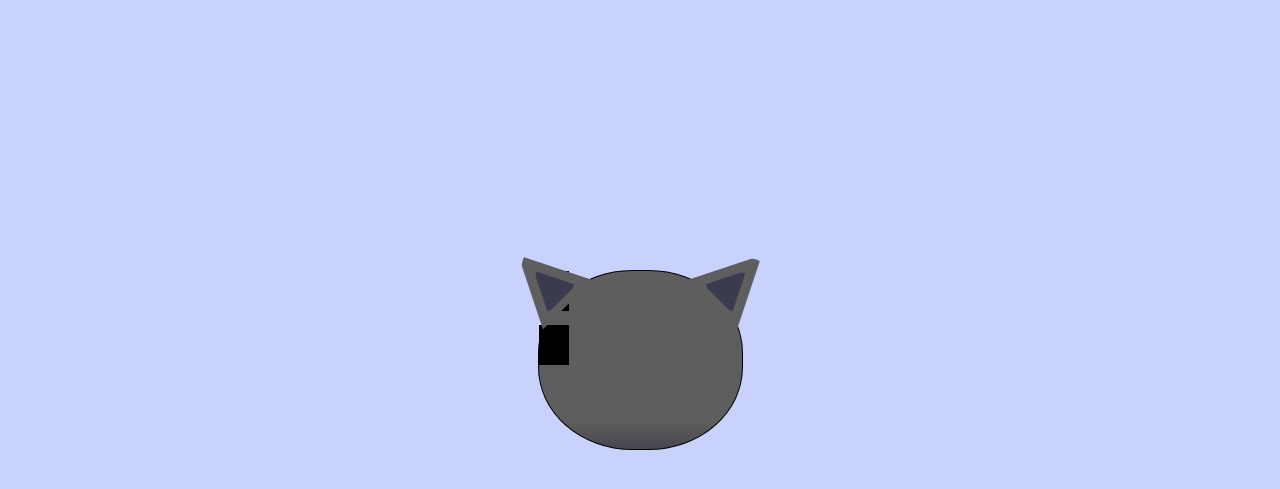
Repository: Lungdjos/cat_painting
Page: index.html
The author's editor kept a copy of each file at every save. The page is drawn from the files as they stood at one save, then again after a run of saves.
The browser window is 1280 px wide. The pictures show the whole page.

Above is the page before, as saved 2023-11-09 23:07:55.

### index.html
<!DOCTYPE html>
<html lang="en">

<head>
    <meta charset="UTF-8">
    <meta name="viewport" content="width=device-width, initial-scale=1.0">
    <title>fCC Cat Painting</title>
    <link rel="stylesheet" href="./styles.css">
</head>

<body>
    <main>
        <div class="cat-head">
            <div class="cat-ears">
                <div class="cat-right-ear">
                    <div class="cat-right-inner-ear"></div>
                </div>
                <div class="cat-left-ear">
                    <div class="cat-left-inner-ear"></div>
                </div>
            </div>
            <div class="cat-eyes">
                <div class="cat-left-eye">
                    <div class="cat-left-inner-eye"></div>
                </div>
                <div class="cat-right-eye">
                    <div class="cat-right-inner-eye"></div>
                </div>

            </div>
        </div>
    </main>

</body>

</html>

### styles.css
* {
    box-sizing: border-box;
}

body {
    background-color: #c9d2fc;
}

.cat-head {
    position: absolute;
    right: 0;
    left: 0;
    top: 0;
    bottom: 0;
    margin: auto;
    background: linear-gradient(#5e5e5e 85%, #45454f 100%);
    width: 205px;
    height: 180px;
    border: 1px solid #000;
    border-radius: 46%;
}

.cat-left-ear {
    position: absolute;
    top: -26px;
    left: -31px;
    z-index: 1;
    border-top-left-radius: 90px;
    border-top-right-radius: 10px;
    transform: rotate(-45deg);
    border-left: 35px solid transparent;
    border-right: 35px solid transparent;
    border-bottom: 70px solid #5e5e5e;
}

.cat-right-ear {
    position: absolute;
    top: -26px;
    left: 163px;
    transform: rotate(45deg);
    border-top-left-radius: 90px;
    border-top-right-radius: 10px;
    border-left: 35px solid transparent;
    border-right: 35px solid transparent;
    border-bottom: 70px solid #5e5e5e;
    z-index: 1;
}

.cat-left-inner-ear {
    border-left: 20px solid transparent;
    border-right: 20px solid transparent;
    border-bottom: 40px solid #3b3b4f;
    position: absolute;
    top: 22px;
    left: -20px;
    border-top-right-radius: 10px;
    border-top-left-radius: 90px;
    border-bottom-left-radius: 40%;
    border-bottom-right-radius: 40%;
}

.cat-right-inner-ear {
    border-left: 20px solid transparent;
    border-right: 20px solid transparent;
    border-bottom: 40px solid #3b3b4f;
    position: absolute;
    top: 22px;
    left: -20px;
    border-top-right-radius: 10px;
    border-top-left-radius: 90px;
    border-bottom-left-radius: 40%;
    border-bottom-right-radius: 40%;
}


/* .cat-left-inner-ear {
    border-left: 10px solid transparent;
    border-right: 10px solid transparent;
    border-bottom: 20px solid #fff;
    position: absolute;
    top: 11px;
    left: -10px;
    border-top-right-radius: 10px;
    border-top-left-radius: 90px;
    border-bottom-left-radius: 40%;
    border-bottom-right-radius: 40%;
    z-index: -1;
}

.cat-right-inner-ear {
    border-left: 10px solid transparent;
    border-right: 10px solid transparent;
    border-bottom: 20px solid #fff;
    position: absolute;
    top: 11px;
    left: -10px;
    border-top-right-radius: 10px;
    border-top-left-radius: 90px;
    border-bottom-left-radius: 40%;
    border-bottom-right-radius: 40%;
    z-index: -1;
} */

.cat-left-eye {
    width: 30px;
    height: 40px;
    background-color: #000;
    position: absolute;
    top: 54px;
}

.cat-right-eye {
    width: 30px;
    height: 40px;
    background-color: #000;
}

After the next 3 saves:
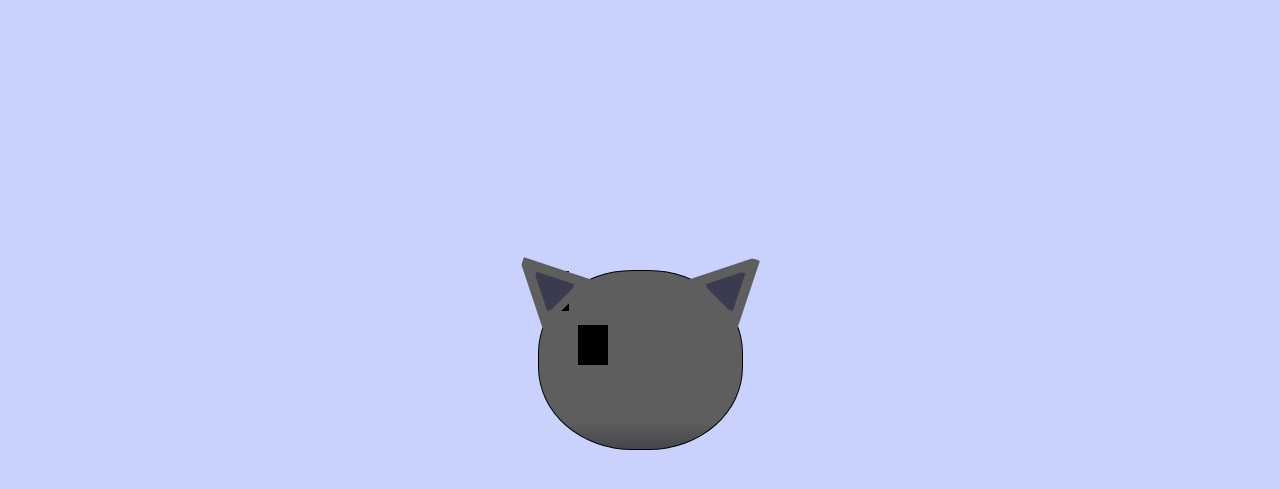
The 3 saves are shown as one change because they came seconds apart.
The last was saved 10 s later.
--- a/styles.css
+++ b/styles.css
@@ -107,6 +107,7 @@ body {
     background-color: #000;
     position: absolute;
     top: 54px;
+    left: 39px;
 }
 
 .cat-right-eye {
